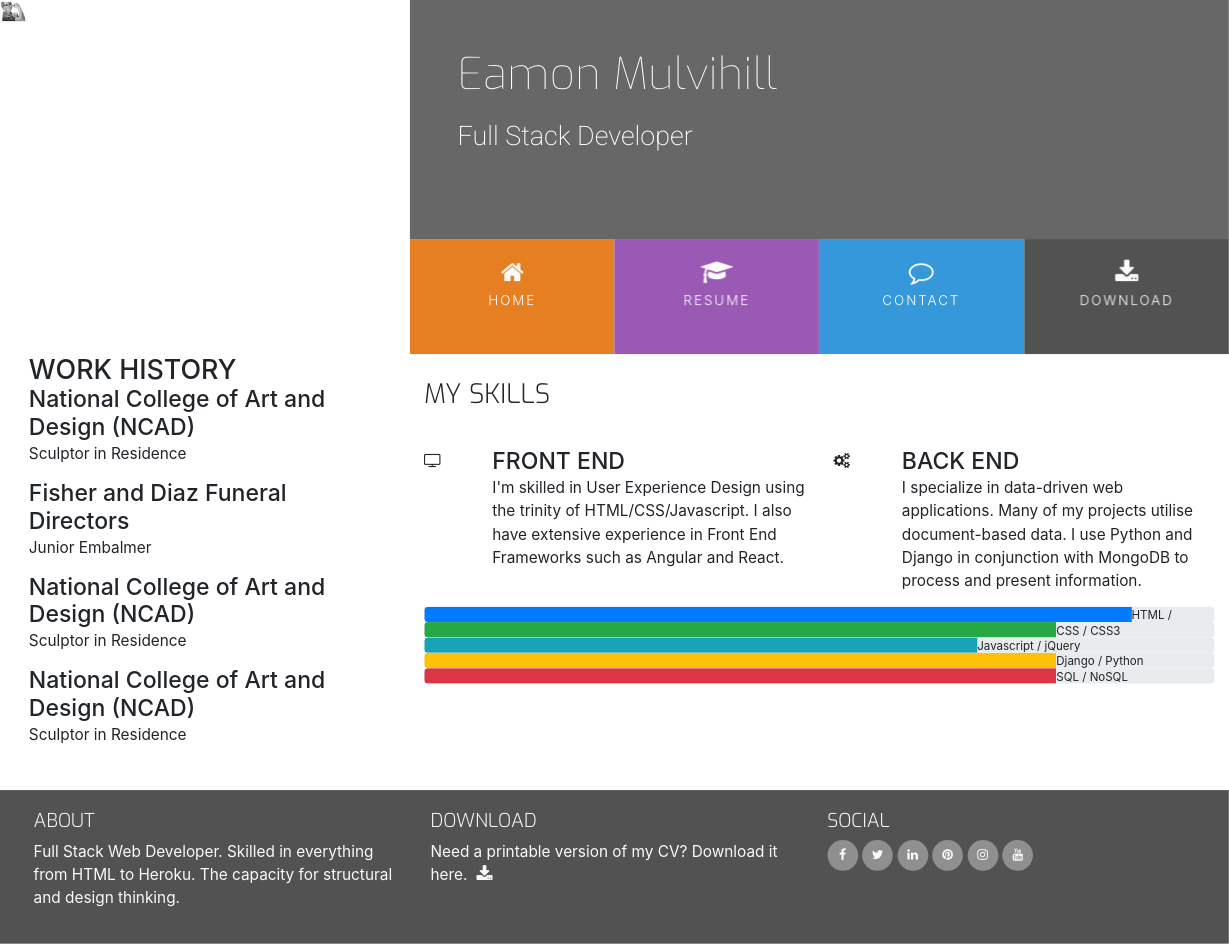
Repository: emulvihi/interactive-cv
Page: resume.html
The author's editor kept a record of every edit. The page is drawn from the files as they stood at one moment, then again after the next edit.
The browser window is 1280 px wide. The pictures show the whole page, at 96% of full size.

Above is the page before.

### resume.html
<!DOCTYPE html>
<html lang="en">

<head>
    <meta charset="UTF-8">
    <meta name="viewport" content="width=device-width, initial-scale=1.0">
    <meta http-equiv="X-UA-Compatible" content="ie=edge">
    <link rel="stylesheet" href="https://stackpath.bootstrapcdn.com/bootstrap/4.3.1/css/bootstrap.min.css" type="text/css" />
    <link rel="stylesheet" href="https://stackpath.bootstrapcdn.com/font-awesome/4.7.0/css/font-awesome.min.css" type="text/css">
    <link rel="stylesheet" href="https://cdnjs.cloudflare.com/ajax/libs/hover.css/2.3.1/css/hover-min.css" type="text/css" />
    <link rel="stylesheet" href="assets/css/style.css" type="text/css" />
    <title>Eamon</title>
</head>

<body>
    <header>
        <div class="row no-gutters">
            <div class="col-md-4">
                <a href="index.html" class="col-md-4 logo">

                </a>
            </div>
            <div class="col-md-8">
                <div class="row no-gutters bg-color-name-title">
                    <div class="col heading">
                        <h1 class="name">Eamon Mulvihill</h1>
                        <h2 class="title">Full Stack Developer</h2>
                    </div>
                </div>
                <div class="row no-gutters">
                    <div class="col">
                        <ul id="nav" class="list-inline menucontainer">
                            <li class="col-6 col-sm-3 ui-menu-color-home list-inline-item menuitem">
                                <a href="" class="hvr-sweep-to-bottom"><i class="fa fa-home" aria-hidden="true"></i><span>Home</span></a>
                            </li>
                            <li class="col-6 col-sm-3 ui-menu-color-resume list-inline-item menuitem">
                                <a href="" class="hvr-sweep-to-bottom"><i class="fa fa-graduation-cap" aria-hidden="true"></i><span>Resume</span></a>
                            </li>
                            <li class="col-6 col-sm-3 ui-menu-color-contact list-inline-item menuitem">
                                <a href="" class="hvr-sweep-to-bottom"><i class="fa fa-comment-o" aria-hidden="true"></i><span>Contact</span></a>
                            </li>
                            <li class="col-6 col-sm-3 ui-menu-color-download list-inline-item menuitem">
                                <a href="" class="hvr-sweep-to-bottom"><i class="fa fa-download" aria-hidden="true"></i><span>Download</span></a>
                            </li>
                        </ul>
                    </div>
                </div>
            </div>
        </div>
    </header>
    <section class="container-fluid">
        <div class="row">
            <div class="col-md-4 bg-color-work-history section-column">
                <div class="row">
                    <div class="col-12">
                        <h3 class="history-heading uppercase">
                            Work History
                        </h3>
                    </div>
                </div>
                <div class="timeline-item" data-dates="02/1998 - 04/2004">
                    <h4>National College of Art and Design (NCAD)</h4>
                    <p>Sculptor in Residence</p>
                </div>
                <div class="timeline-item" data-dates="04/2004 - 06/2008">
                    <h4>Fisher and Diaz Funeral Directors</h4>
                    <p>Junior Embalmer</p></p>
                </div>
                <div class="timeline-item" data-dates="02/1998 - 04/2004">
                    <h4>National College of Art and Design (NCAD)</h4>
                    <p>Sculptor in Residence</p>
                </div>
                <div class="timeline-item" data-dates="02/1998 - 04/2004">
                    <h4>National College of Art and Design (NCAD)</h4>
                    <p>Sculptor in Residence</p>
                </div>
            </div>
            <div class="col-md-8 bg-color-three-reasons">
                <div class="row">
                    <div class="col">
                        <h3 class="section-heading uppercase">My Skills</h3>
                    </div>
                </div>
                <div class="row">
                    <div class="col-10 offset-1 offset-sm-0 col-sm-4 col-md-6">
                        <div class="row">
                            <div class="col-2">
                                <i class="three-reasons-icon fa fa-tv" aria-hidden="true"></i>
                            </div>
                            <div class="col-10">
                                <h4 class="three-reasons-heading uppercase">Front End</h4>
                                <p>
                                   I'm skilled in User Experience Design using the trinity of HTML/CSS/Javascript. I also have extensive experience in Front End Frameworks such as Angular and React.
                                </p>
                            </div>
                        </div>
                    </div>
                    <div class="col-10 offset-1 offset-sm-0 col-sm-4 col-md-6">
                        <div class="row">
                            <div class="col-2">
                                <i class="three-reasons-icon fa fa-gears" aria-hidden="true"></i>
                            </div>
                            <div class="col-10">
                                <h4 class="three-reasons-heading uppercase">Back End</h4>
                                <p>
                                    I specialize in data-driven web applications. Many of my projects utilise document-based data. I use Python and Django in conjunction with MongoDB to process and present information.
                                </p>
                            </div>
                        </div>
                    </div>
                </div>
                <div class="row progress-section">
                    <div class="col">
                        <div class="progress">
                            <div class="progress-bar" role="progressbar" aria-valuenow="90" aria-valuemin="0" aria-valuemax="100" style="width: 90%;">
                                <span class="sr-only">90% complete</span>
                            </div>
                            <span class="progress-type">HTML / HTML5</span>
                        </div>
                        <div class="progress">
                            <div class="progress-bar bg-success" role="progressbar" aria-valuenow="80" aria-valuemin="0" aria-valuemax="100" style="width: 80%;">
                                <span class="sr-only">80% complete</span>
                            </div>
                            <span class="progress-type">CSS / CSS3</span>
                        </div>
                        <div class="progress">
                            <div class="progress-bar bg-info" role="progressbar" aria-valuenow="70" aria-valuemin="0" aria-valuemax="100" style="width: 70%;">
                                <span class="sr-only">70% complete</span>
                            </div>
                            <span class="progress-type">Javascript / jQuery</span>
                        </div>
                        <div class="progress">
                            <div class="progress-bar bg-warning" role="progressbar" aria-valuenow="80" aria-valuemin="0" aria-valuemax="100" style="width: 80%;">
                                <span class="sr-only">80% complete</span>
                            </div>
                            <span class="progress-type">Django / Python</span>
                        </div>
                        <div class="progress">
                            <div class="progress-bar bg-danger" role="progressbar" aria-valuenow="80" aria-valuemin="0" aria-valuemax="100" style="width: 80%;">
                                <span class="sr-only">80% complete</span>
                            </div>
                            <span class="progress-type">SQL / NoSQL</span>
                        </div>
                    </div>
                </div>
            </div>
        </div>

    </section>
    <footer class="container-fluid">
        <div id="footer-details" class="row">
            <div class="col-sm-4">
                <h5 class="uppercase general-sub">About</h5>
                <p class="inline-block">
                    Full Stack Web Developer. Skilled in everything from HTML to Heroku. The capacity for structural and design thinking.
                </p>
            </div>
            <div class="col-sm-4">
                <h5 class="uppercase general-sub">Download</h5>
                <p class="inline-block">
                    Need a printable version of my CV? Download it here.
                    <a href="#" target="_blank" class="cv-pdf">
                        <i class="fa fa-download" aria-hidden="true"></i>
                        <span class="sr-only">Download link.</span>
                    </a>
                </p>
            </div>
            <div class="col-sm-4">
                <h5 class="uppercase general-sub">Social</h5>
                <ul class="list-inline social-links">
                    <li class="list-inline-item">
                        <a href="#" target="_blank">
                            <i class="fa fa-facebook" aria-hidden="true"></i>
                            <span class="sr-only">Facebook</span>
                        </a>
                    </li>
                    <li class="list-inline-item">
                        <a href="#" target="_blank">
                            <i class="fa fa-twitter" aria-hidden="true"></i>
                            <span class="sr-only">Twitter</span>
                        </a>
                    </li>
                    <li class="list-inline-item">
                        <a href="#" target="_blank">
                            <i class="fa fa-linkedin" aria-hidden="true"></i>
                            <span class="sr-only">LinkedIn</span>
                        </a>
                    </li>
                    <li class="list-inline-item">
                        <a href="#" target="_blank">
                            <i class="fa fa-pinterest" aria-hidden="true"></i>
                            <span class="sr-only">Pinterest</span>
                        </a>
                    </li>
                    <li class="list-inline-item">
                        <a href="#" target="_blank">
                            <i class="fa fa-instagram" aria-hidden="true"></i>
                            <span class="sr-only">Instagram</span>
                        </a>
                    </li>
                    <li class="list-inline-item">
                        <a href="#" target="_blank">
                            <i class="fa fa-youtube" aria-hidden="true"></i>
                            <span class="sr-only">Youtube</span>
                        </a>
                    </li>
                </ul>
            </div>
        </div>
    </footer>
</body>

</html>

### assets/css/style.css
@import url('https://fonts.googleapis.com/css?family=Roboto:100,200,300,400,500,600,700|Exo:100,200,300,400,500,600,700');

/* ---------------------------- Colours */

.bg-color-name-title {
    background-color: #676767;
}

.bg-color-three-reasons {
    background-color: #fff;
}

.ui-menu-color-home {
    background-color: #e67e22;
}

.ui-menu-color-resume {
    background-color: #9b59b6;
}

.ui-menu-color-contact {
    background-color: #3498db;
}

.ui-menu-color-download {
    background-color: #525252;
}

/* ---------------------------- Special paddings/margins/text */

h1,
h2,
h3,
h4 {
    margin: 0;
}

.uppercase {
    text-transform: uppercase;
}

.general-sub {
    font-family: "Exo", sans-serif;
    font-weight: 300;
    color: #fafafa;
}

.inline-block {
    display: inline-block;
}

.row-table {
    display: table;
}

.section-column {
    display: table-cell;
    padding: 0 30px 30px;
    float: none;
}

.section-heading {
    font-family: "Exo", sans-serif;
    font-weight: 300;
    margin-top: 25px;
    margin-bottom: 40px;
}

/* ---------------------------- Heading */

header {
    margin: 0;
}

.heading {
    margin-left: 50px;
}

.logo {
    background: url("../images/rosie.jpg");
    background-position: center;
    background-repeat: no-repeat;
    background-size: cover;
    min-height: 360px;
    transition: all .5s ease-in-out;
    -moz-transition: all .5s ease-in-out;
    -webkit-transition: all .5s ease-in-out;
}

.name {
    font-family: "Exo", sans-serif;
    font-weight: 100;
    font-size: 46px;
    margin-top: 50px;
    color: #fff;
}

.title {
    font-family: "Roboto", sans-serif;
    font-weight: 200;
    font-size: 28px;
    margin-top: 20px;
    margin-bottom: 90px;
    color: #fff;
}

.list-inline-item:not(:last-child) {
    margin: 0;
}

.menucontainer {
    font-size: 0;
}

#nav {
    margin: 0;
}

#nav li {
    font-size: 14px;
    padding: 0;
}

.menuitem {
    height: 120px;
    text-align: center;
    padding: 0;
}

.menuitem a {
    width: 100%;
    text-decoration: none;
    color: #fff;
    height: 120px;
}

.menuitem a i {
    padding-top: 22px;
    display: block;
    color: #fafafa;
    font-size: 26px;
}

.menuitem span {
    display: block;
    width: 100%;
    padding-top: 5px;
    text-align: center;
    text-transform: uppercase;
    font-size: 14px;
    font-weight: 300;
    letter-spacing: 2px;
}

/* ---------------------------- Hover */

.hvr-sweep-to-bottom:before {
    background-color: rgba(0, 0, 0, 0.2);
    height: 120px;
}

/* ---------------------------- Footer */

footer {
    background-color: #525252;
    color: #fafafa;
    min-height: 120px;
}

.cv-pdf i {
    font-size: 18px;
    color: #fafafa;
    text-align: center;
    padding-left: 5px;
    transition: all 0.35s ease-in-out;
    -moz-transition: all 0.35s ease-in-out;
    -webkit-transition: all 0.35s ease-in-out;
    -o-transition: all 0.35s ease-in-out;
}

.cv-pdf i:hover {
    color: #e84610;
}

.social-links {
    padding-bottom: 15px;
}

.social-links li a i {
    width: 32px;
    height: 32px;
    padding: 12px 0;
    border-radius: 50%;
    font-size: 13px;
    line-height: 7px;
    text-align: center;
    color: #fafafa;
    background-color: #8f8f8f;
    transition: all 0.35s ease-in-out;
    -moz-transition: all 0.35s ease-in-out;
    -webkit-transition: all 0.35s ease-in-out;
    -o-transition: all 0.35s ease-in-out;
}

.social-links li a i:hover {
    background-color: #e84610;
}

#footer-details {
    padding: 20px;
}

After the next edit:
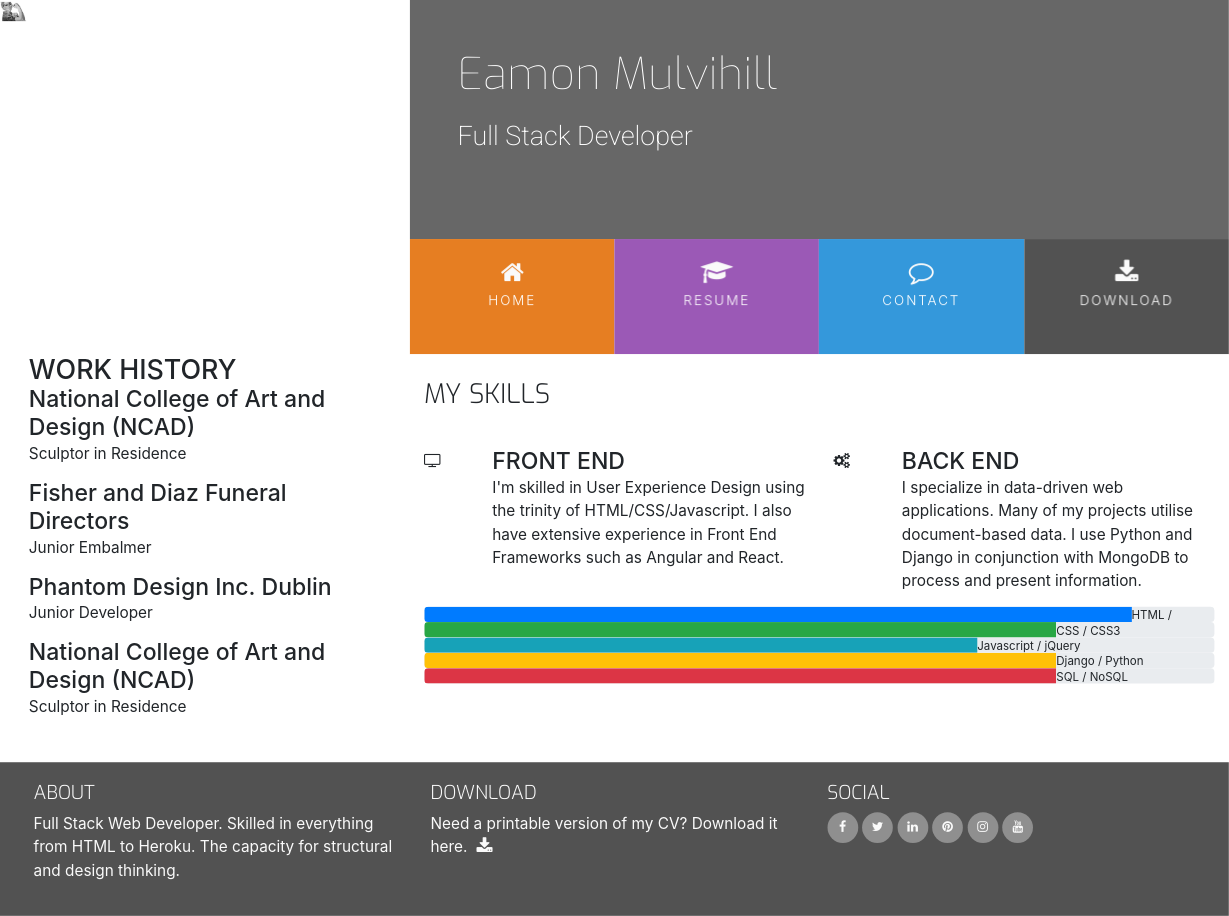
The edit:
--- a/resume.html
+++ b/resume.html
@@ -66,9 +66,9 @@
                     <h4>Fisher and Diaz Funeral Directors</h4>
                     <p>Junior Embalmer</p></p>
                 </div>
-                <div class="timeline-item" data-dates="02/1998 - 04/2004">
-                    <h4>National College of Art and Design (NCAD)</h4>
-                    <p>Sculptor in Residence</p>
+                <div class="timeline-item" data-dates="06/2008 - 06/2011">
+                    <h4>Phantom Design Inc. Dublin</h4>
+                    <p>Junior Developer</p>
                 </div>
                 <div class="timeline-item" data-dates="02/1998 - 04/2004">
                     <h4>National College of Art and Design (NCAD)</h4>
